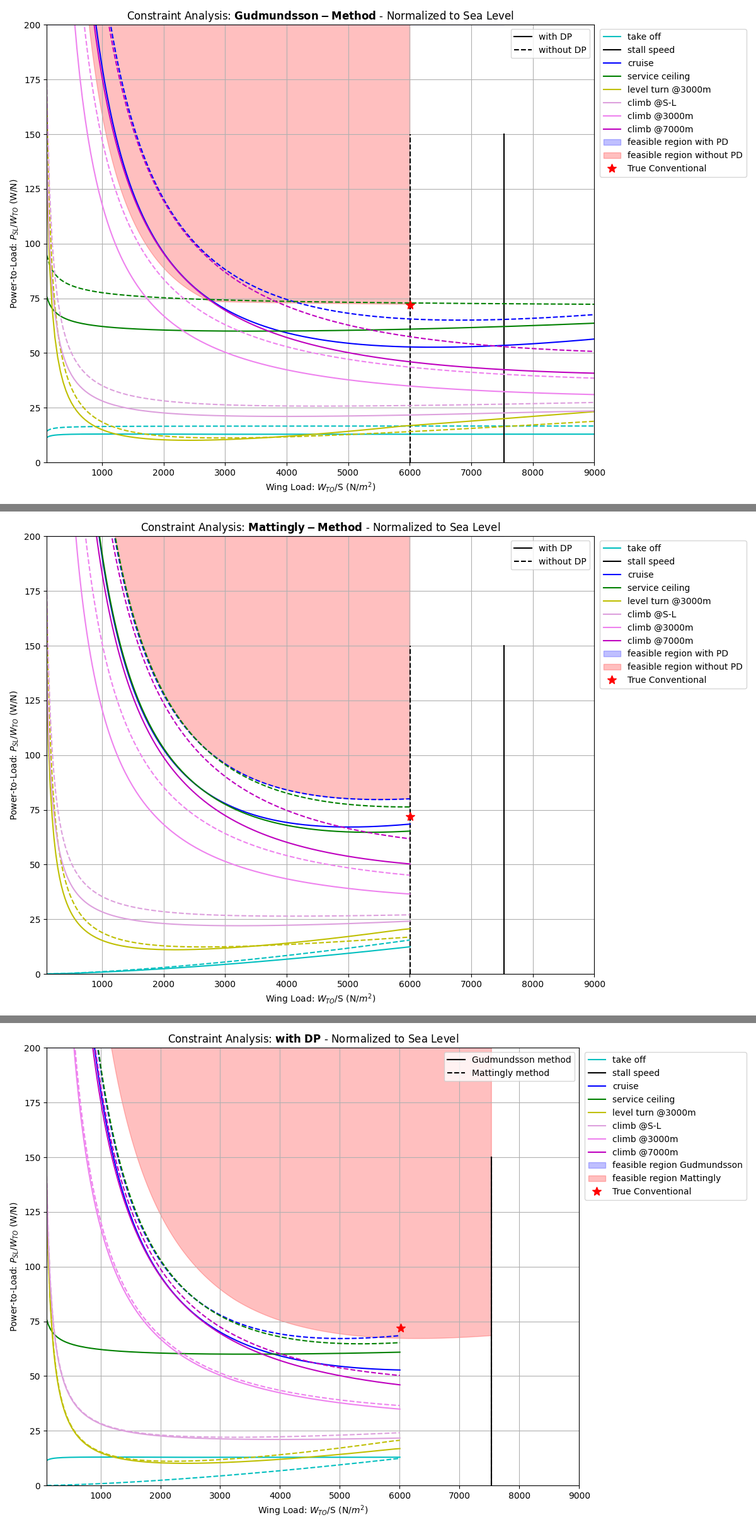
Repository: 12libao/DEA
Script's output: python Sizing_Method/ConstrainsAnalysis/ConstrainsAnalysisPD.py
These files come from the project's save history. The script's output is drawn as it stood at one moment and after the next save; the edit follows.
The pictures are shown at 63% of full size.
Each picture stacks the figures in order, with grey between them; figures that are only written to a file come last. Random numbers start from a fixed seed.

Above is the script's output before, as saved 2021-07-14 16:14:29.

### Sizing_Method/ConstrainsAnalysis/ConstrainsAnalysisPD.py
# author: Bao Li #
# Georgia Institute of Technology #
import sys
import os

sys.path.insert(0, os.getcwd())

import numpy as np
import matplotlib.pylab as plt
import Sizing_Method.Other.US_Standard_Atmosphere_1976 as atm
import Sizing_Method.Aerodynamics.ThrustLapse as thrust_lapse
import Sizing_Method.Aerodynamics.Aerodynamics as ad
import Sizing_Method.ConstrainsAnalysis.ConstrainsAnalysis as ca
from scipy.optimize import curve_fit

"""
The unit use is IS standard
"""
class ConstrainsAnalysis_Mattingly_Method_with_DP:
    """This is a power-based master constraints analysis"""

    def __init__(self, altitude, velocity, beta, wing_load, Hp=0.2, number_of_motor=12, C_DR=0):
        """

        :param beta: weight fraction
        :param Hp: P_motor/P_total
        :param n: number of motor
        :param K1: drag polar coefficient for 2nd order term
        :param K2: drag polar coefficient for 1st order term
        :param C_D0: the drag coefficient at zero lift
        :param C_DR: additional drag caused, for example, by external stores,
        braking parachutes or flaps, or temporary external hardware

        :return:
            power load: P_WTO
        """

        self.h = altitude
        self.v = velocity
        self.rho = atm.atmosphere(geometric_altitude=self.h).density()

        self.beta = beta
        self.hp = Hp
        self.n = number_of_motor

        # power lapse ratio
        self.alpha = thrust_lapse.thrust_lapse_calculation(altitude=self.h,
                                                           velocity=self.v).high_bypass_ratio_turbofan()

        self.k1 = ad.aerodynamics_without_pd(self.h, self.v).K1()
        self.k2 = ad.aerodynamics_without_pd(self.h, self.v).K2()
        self.cd0 = ad.aerodynamics_without_pd(self.h, self.v).CD_0()
        self.cdr = C_DR

        self.w_s = wing_load
        self.g0 = 9.80665

        self.coefficient = (1 - self.hp) * self.beta * self.v / self.alpha

        # Estimation of ΔCL and ΔCD
        pd = ad.aerodynamics_with_pd(self.h, self.v, Hp=self.hp, n=self.n, W_S=self.w_s)
        self.q = 0.5 * self.rho * self.v ** 2
        self.cl = self.beta * self.w_s / self.q
        # print(self.cl)
        self.delta_cl = pd.delta_lift_coefficient(self.cl)
        self.delta_cd0 = pd.delta_CD_0()

    def master_equation(self, n, dh_dt, dV_dt):
        cl = self.cl * n + self.delta_cl

        cd = self.k1 * cl ** 2 + self.k2 * cl + self.cd0 + self.cdr + self.delta_cd0
        p_w = self.coefficient * (self.q / (self.beta * self.w_s) * cd + dh_dt / self.v + dV_dt / self.g0)
        return p_w

    def cruise(self):
        p_w = ConstrainsAnalysis_Mattingly_Method_with_DP.master_equation(self, n=1, dh_dt=0, dV_dt=0)
        return p_w

    def climb(self, roc):
        p_w = ConstrainsAnalysis_Mattingly_Method_with_DP.master_equation(self, n=1, dh_dt=roc, dV_dt=0)
        return p_w

    def level_turn(self, turn_rate=3, v=100):
        """
        assume 2 min for 360 degree turn, which is 3 degree/seconds
        assume turn at 300 knots, which is about 150 m/s
        """
        load_factor = (1 + ((turn_rate * np.pi / 180) * v / self.g0) ** 2) ** 0.5
        p_w = ConstrainsAnalysis_Mattingly_Method_with_DP.master_equation(self, n=load_factor, dh_dt=0, dV_dt=0)
        return p_w

    def take_off(self):
        """
        A320neo take-off speed is about 150 knots, which is about 75 m/s
        required runway length is about 2000 m
        K_TO is a constant greater than one set to 1.2 (generally specified by appropriate flying regulations)
        """
        Cl_max_to = 2.3  # 2.3
        K_TO = 1.2  # V_TO / V_stall
        s_G = 1266
        p_w = 2 / 3 * self.coefficient / self.v * self.beta * K_TO ** 2 / (
                    s_G * self.rho * self.g0 * Cl_max_to) * self.w_s ** (
                      3 / 2)
        return p_w

    def stall_speed(self, V_stall_to=65, Cl_max_to=2.32):
        V_stall_ld = 62
        Cl_max_ld = 2.87

        a = 10
        w_s = 6000
        while a >= 1:
            cl = self.beta * w_s / self.q
            delta_cl = ad.aerodynamics_with_pd(self.h, self.v, Hp=self.hp, n=self.n, W_S=w_s).delta_lift_coefficient(cl)

            W_S_1 = 1 / 2 * self.rho * V_stall_to ** 2 * (Cl_max_to + delta_cl)
            W_S_2 = 1 / 2 * self.rho * V_stall_ld ** 2 * (Cl_max_ld + delta_cl)
            W_S = min(W_S_1, W_S_2)
            a = abs(w_s-W_S)
            w_s = W_S

        return W_S

    def service_ceiling(self, roc=0.5):
        p_w = ConstrainsAnalysis_Mattingly_Method_with_DP.master_equation(self, n=1, dh_dt=roc, dV_dt=0)
        return p_w

    allFuncs = [take_off, stall_speed, cruise, service_ceiling, level_turn, climb]


class ConstrainsAnalysis_Gudmundsson_Method_with_DP:
    """This is a power-based master constraints analysis based on Gudmundsson_method"""

    def __init__(self, altitude, velocity, beta, wing_load, Hp=0.2, number_of_motor=12, e=0.75, AR=10.3):
        """

        :param tau: power fraction of i_th power path
        :param beta: weight fraction
        :param e: wing planform efficiency factor is between 0.75 and 0.85, no more than 1
        :param AR: wing aspect ratio, normally between 7 and 10

        :return:
            power load: P_WTO
        """

        self.h = altitude
        self.v = velocity
        self.beta = beta
        self.w_s = wing_load
        self.g0 = 9.80665

        self.hp = Hp
        self.n = number_of_motor

        self.rho = atm.atmosphere(geometric_altitude=self.h).density()

        # power lapse ratio
        self.alpha = thrust_lapse.thrust_lapse_calculation(altitude=self.h,
                                                           velocity=self.v).high_bypass_ratio_turbofan()
        h = 2.43  # height of winglets
        b = 35.8
        ar_corr = AR * (1 + 1.9 * h / b)  # equation 9-88, If the wing has winglets the aspect ratio should be corrected
        self.k = 1 / (np.pi * ar_corr * e)
        self.coefficient = (1-self.hp) * self.beta * self.v / self.alpha

        # Estimation of ΔCL and ΔCD
        pd = ad.aerodynamics_with_pd(self.h, self.v, Hp=self.hp, n=self.n, W_S=self.w_s)
        self.q = 0.5 * self.rho * self.v ** 2
        cl = self.beta * self.w_s / self.q
        self.delta_cl = pd.delta_lift_coefficient(cl)
        self.delta_cd0 = pd.delta_CD_0()

        # TABLE 3-1 Typical Aerodynamic Characteristics of Selected Classes of Aircraft
        cd_min = 0.02
        cd_to = 0.03
        cl_to = 0.8

        self.v_to = 68
        self.s_g = 1480
        self.mu = 0.04

        self.cd_min = cd_min + self.delta_cd0
        self.cl = cl + self.delta_cl

        self.cd_to = cd_to + self.delta_cd0
        self.cl_to = cl_to + self.delta_cl

    def cruise(self):
        p_w = self.q / self.w_s * (self.cd_min + self.k * self.cl ** 2)
        return p_w * self.coefficient

    def climb(self, roc):
        p_w = roc / self.v + self.q * self.cd_min / self.w_s + self.k * self.cl
        return p_w * self.coefficient

    def level_turn(self, turn_rate=3, v=100):
        """
        assume 2 min for 360 degree turn, which is 3 degree/seconds
        assume turn at 100 m/s
        """
        load_factor = (1 + ((turn_rate * np.pi / 180) * v / self.g0) ** 2) ** 0.5
        q = 0.5 * self.rho * v ** 2
        p_w = q / self.w_s * (self.cd_min + self.k * (load_factor / q * self.w_s + self.delta_cl) ** 2)
        return p_w * self.coefficient

    def take_off(self):
        q = self.q / 2
        p_w = self.v_to ** 2 / (2 * self.g0 * self.s_g) + q * self.cd_to / self.w_s + self.mu * (
                1 - q * self.cl_to / self.w_s)
        return p_w * self.coefficient

    def service_ceiling(self, roc=0.5):
        vy = (2 / self.rho * self.w_s * (self.k / (3 * self.cd_min)) ** 0.5) ** 0.5
        q = 0.5 * self.rho * vy ** 2
        p_w = roc / vy + q / self.w_s * (self.cd_min + self.k * (self.w_s / q + self.delta_cl) ** 2)
        # p_w = roc / (2 / self.rho * self.w_s * (self.k / (3 * self.cd_min)) ** 0.5) ** 0.5 + 4 * (
        #         self.k * self.cd_min / 3) ** 0.5
        return p_w * self.coefficient

    def stall_speed(self, V_stall_to=65, Cl_max_to=2.32):
        V_stall_ld = 62
        Cl_max_ld = 2.87

        a = 10
        w_s = 6000
        while a >= 1:
            cl = self.beta * w_s / self.q
            delta_cl = ad.aerodynamics_with_pd(
                self.h, self.v, Hp=self.hp, n=self.n, W_S=w_s).delta_lift_coefficient(cl)

            W_S_1 = 1 / 2 * self.rho * V_stall_to ** 2 * (Cl_max_to + delta_cl)
            W_S_2 = 1 / 2 * self.rho * V_stall_ld ** 2 * (Cl_max_ld + delta_cl)
            W_S = min(W_S_1, W_S_2)
            a = abs(w_s-W_S)
            w_s = W_S

        return W_S

    allFuncs = [take_off, stall_speed, cruise, service_ceiling, level_turn, climb]


if __name__ == "__main__":
    n = 200
    w_s = np.linspace(100, 9000, n)
    constrains_name = ['take off', 'stall speed', 'cruise', 'service ceiling', 'level turn @3000m',
                       'climb @S-L', 'climb @3000m', 'climb @7000m']
    constrains = np.array([[0, 68, 0.988], [0, 80, 1], [11300, 230, 0.948],
                           [11900, 230, 0.8], [3000, 100, 0.984], [0, 100, 0.984],
                           [3000, 200, 0.975], [7000, 230, 0.96]])
    color = ['c', 'k', 'b', 'g', 'y', 'plum', 'violet', 'm']
    label = ['feasible region with PD', 'feasible region with PD', 'feasible region Gudmundsson',
             'feasible region without PD', 'feasible region without PD', 'feasible region Mattingly']
    m = constrains.shape[0]
    p_w = np.zeros([2 * m, n])

    for k in range(3):
        plt.figure(figsize=(12, 8))
        for i in range(m):
            for j in range(n):
                h = constrains[i, 0]
                v = constrains[i, 1]
                beta = constrains[i, 2]

                if k == 0:
                    problem1 = ConstrainsAnalysis_Gudmundsson_Method_with_DP(h, v, beta, w_s[j])
                    problem2 = ca.ConstrainsAnalysis_Gudmundsson_Method(h, v, beta, w_s[j])
                    plt.title(r'Constraint Analysis: $\bf{Gudmundsson-Method}$ - Normalized to Sea Level')
                elif k == 1:
                    problem1 = ConstrainsAnalysis_Mattingly_Method_with_DP(h, v, beta, w_s[j])
                    problem2 = ca.ConstrainsAnalysis_Mattingly_Method(h, v, beta, w_s[j])
                    plt.title(r'Constraint Analysis: $\bf{Mattingly-Method}$ - Normalized to Sea Level')
                else:
                    problem1 = ConstrainsAnalysis_Gudmundsson_Method_with_DP(h, v, beta, w_s[j])
                    problem2 = ConstrainsAnalysis_Mattingly_Method_with_DP(h, v, beta, w_s[j])
                    plt.title(r'Constraint Analysis: $\bf{with}$ $\bf{DP}$ - Normalized to Sea Level')

                if i >= 5:
                    p_w[i, j] = problem1.allFuncs[-1](problem1, roc=15 - 5 * (i - 5))
                    p_w[i + m, j] = problem2.allFuncs[-1](problem2, roc=15 - 5 * (i - 5))
                else:
                    p_w[i, j] = problem1.allFuncs[i](problem1)
                    p_w[i + m, j] = problem2.allFuncs[i](problem2)

            if i == 1:
                l1a, = plt.plot(p_w[i, :], np.linspace(0, 150, n), color=color[i], label=constrains_name[i])
                l1b, = plt.plot(p_w[i + m, :], np.linspace(0, 150, n), color=color[i], linestyle='--')
                if k != 2:
                    l1 = plt.legend([l1a, l1b], ['with DP', 'without DP'], loc="upper right")
                else:
                    l1 = plt.legend([l1a, l1b], ['Gudmundsson method', 'Mattingly method'], loc="upper right")
            else:
                plt.plot(w_s, p_w[i, :], color=color[i], label=constrains_name[i])
                plt.plot(w_s, p_w[i + m, :], color=color[i], linestyle='--')

        p_w[[0, 1]], p_w[[m, m+1]] = p_w[[1, 0]], p_w[[m+1, m]]
        w_s = np.linspace(100, p_w[0, 1], n)
        plt.fill_between(w_s, np.amax(p_w[0:m, :], axis=0), 200, color='b', alpha=0.25,
                         label=label[k])
        w_s = np.linspace(100, p_w[m, 1], n)
        plt.fill_between(w_s, np.amax(p_w[m+1:2 * m, :], axis=0), 200, color='r', alpha=0.25,
                         label=label[k + 3])
        plt.plot(6012, 72, 'r*', markersize=10, label='True Conventional')
        plt.xlabel('Wing Load: $W_{TO}$/S (N/${m^2}$)')
        plt.ylabel('Power-to-Load: $P_{SL}$/$W_{TO}$ (W/N)')
        plt.legend(bbox_to_anchor=(1.002, 1), loc="upper left")
        plt.gca().add_artist(l1)
        plt.xlim(100, 9000)
        plt.ylim(0, 200)
        plt.tight_layout()
        plt.grid()
        plt.show()

### Sizing_Method/Other/US_Standard_Atmosphere_1976.py
# author: Bao Li #
# Georgia Institute of Technology #
"""Reference:

1: U.S. Standard Atmosphere, 1976, U.S. Government Printing Office, Washington, D.C., 1976.
2: Mattingly, Jack D., William H. Heiser, and David T. Pratt. Aircraft engine design. American Institute of Aeronautics and Astronautics, 2002.
3: https://en.wikipedia.org/wiki/U.S._Standard_Atmosphere
4: https://en.wikipedia.org/wiki/Barometric_formula
"""

import numpy as np
import matplotlib.pylab as plt


class atmosphere:
    """this is the U.S. Standard Atmosphere 1976 based on the Barometric formula

    1: All of the following is limited to geometric altitudes below 86 km
    2: SI Units
    """

    def __init__(self, geometric_altitude):
        """
        :input h (m): geometric altitude

        :output P (Pa = N/m^2): pressure
                T (K): temperature
                rho (kg/m^3): density
                a (m/s): sound speed

                delta: dimensionless static pressure = P/P0
                theta: dimensionless static temperature = T/T0
                sigma: dimensionless static density = rho/rho0
        """

        # input:
        self.h = geometric_altitude

        # constant:
        self.r0 = 6356577.0  # the earth's radius (m)
        self.R_star = 8.3144598  # universal gas constant (J/mol.K)
        self.g0 = 9.80665  # gravitational acceleration (m/s^2)
        self.M = 0.0289644  # molar mass of Earth's air (kg/mol)

        # sea level (standard)
        self.T0 = 288.15  # sea level temperature (K)
        self.P0 = 101325  # sea level pressure (N/m^2)
        self.rho0 = 1.225  # sea level density (kg/m^3)
        self.a0 = 340.3  # sea level sound speed (m/s)

        # temperature lapse rate (K/m)
        self.lapse_rate = np.array([-0.0065, 0.0, 0.001, 0.0028, 0.0, -0.0028, -0.002])
        # height above sea level for each lapse rate (m)
        self.zi = np.array([0.0, 11000.0, 20000.0, 32000.0, 47000.0, 51000.0, 71000.0, 84853.0])
        # number of piecewise linear curve-fit
        self.n = len(self.lapse_rate)

    def geo_potential_altitude(self):
        z = self.r0 * self.h / (self.r0 + self.h)

        # decide the number of piecewise linear curve-fit
        i = 0
        while self.zi[i] < z:
            i = i + 1

        if i != 0:
            i = i - 1
        return z, i

    def ti(self):
        Ti = np.zeros(self.n)
        Ti[0] = self.T0

        for i in range(self.n - 1):
            Ti[i + 1] = Ti[i] + self.lapse_rate[i] * (self.zi[i + 1] - self.zi[i])
        return Ti

    def temperature(self):
        z, i = atmosphere.geo_potential_altitude(self)
        Ti = atmosphere.ti(self)
        T = Ti[i] + self.lapse_rate[i] * (z - self.zi[i])
        return T

    def pressure(self):
        Ti = atmosphere.ti(self)
        Pi = np.zeros(self.n)
        Pi[0] = self.P0

        for i in range(self.n - 1):
            if self.lapse_rate[i] != 0:
                Pi[i + 1] = Pi[i] * (Ti[i] / Ti[i + 1]) ** (self.g0 * self.M / (self.R_star * self.lapse_rate[i]))
            else:
                Pi[i + 1] = Pi[i] * np.exp(-self.g0 * self.M * (self.zi[i + 1] - self.zi[i]) / (self.R_star * Ti[i]))

        z, i = atmosphere.geo_potential_altitude(self)
        T = atmosphere.temperature(self)

        if self.lapse_rate[i] != 0:
            P = Pi[i] * (Ti[i] / T) ** (self.g0 * self.M / (self.R_star * self.lapse_rate[i]))
        else:
            P = Pi[i] * np.exp(-self.g0 * self.M * (z - self.zi[i]) / (self.R_star * Ti[i]))
        return P

    def density(self):
        P = atmosphere.pressure(self)
        T = atmosphere.temperature(self)
        rho = P * self.M / (self.R_star * T)
        return rho

    def sound_speed(self):
        T = atmosphere.temperature(self)
        a = self.a0 * (T / self.T0) ** 0.5
        return a

    def dimensionless_static_pressure(self):
        P = atmosphere.pressure(self)
        delta = P / self.P0
        return delta

    def dimensionless_static_temperature(self):
        T = atmosphere.temperature(self)
        theta = T / self.T0
        return theta

    def dimensionless_static_density(self):
        rho = atmosphere.density(self)
        sigma = rho / self.rho0
        return sigma


if __name__ == '__main__':
    nn = 1000

    h = np.linspace(0, 86000, nn)
    T = np.zeros(nn)
    P = np.zeros(nn)
    rho = np.zeros(nn)
    a = np.zeros(nn)

    for i in range(nn):
        prob = atmosphere(geometric_altitude=h[i])
        T[i] = prob.temperature()
        P[i] = prob.pressure()
        rho[i] = prob.density()
        a[i] = prob.sound_speed()

    fig, ax = plt.subplots(1, 4, figsize=(12, 10))
    st = fig.suptitle("U.S. STANDARD ATMOSPHERE (1976)", fontsize=20)

    ax[0].plot(T, h / 1000, 'b-', linewidth=1.5, label='cruise')
    ax[0].set_xlabel('Temperature: T (K)')
    ax[0].set_ylabel('Altitude: h (km)')

    ax[1].plot(a, h / 1000, 'y-', linewidth=1.5, label='turn')
    ax[1].set_xlabel('Sound Speed: a (m/s)')

    ax[2].plot(P, h / 1000, 'k-', linewidth=1.5, label='constant speed climb')
    ax[2].set_xlabel('Pressure: P (N/${m^2}$)')

    ax[3].plot(rho, h / 1000, 'g-', linewidth=1.5, label='turn')
    ax[3].set_xlabel('Density: rho (Kg/${m^3}$)')

    # shift subplots down:
    st.set_y(0.96)
    fig.subplots_adjust(top=0.90)
    plt.show()

### Sizing_Method/Aerodynamics/ThrustLapse.py
# author: Bao Li #
# Georgia Institute of Technology #
"""reference

1. Mattingly, Jack D., William H. Heiser, and David T. Pratt. Aircraft engine design. American Institute of Aeronautics and Astronautics, 2002.
"""
import sys
import os

sys.path.insert(0, os.getcwd())

import numpy as np
import matplotlib.pylab as plt
import Sizing_Method.Other.US_Standard_Atmosphere_1976 as atm
import Sizing_Method.Aerodynamics.MachNmuber as Mach


class thrust_lapse_calculation:
    """Estimation for installation losses

    1. The following algebraic equations for installed engine thrust lapse
        are based on the expected performance of advanced engines
    """

    def __init__(self, altitude, velocity):
        """

        :input h (m): altitude
               v (m/s): velocity


        :output thrust_lapse (alpha): thrust lapse ratio
        """

        self.h = altitude
        self.v = velocity

        self.gamma = 1.4  # Ratio of Specific Heats: atmospheric air ( gamma = 1.4)
        self.atoms = atm.atmosphere(self.h)
        self.M = Mach.mach(self.h, self.v).mach_number()

        self.theta = self.atoms.dimensionless_static_temperature()  # dimensionless static temperature
        self.delta = self.atoms.dimensionless_static_pressure()  # dimensionless static pressure

        self.theta_0_break = 1.072  # The Theta Break: assume = 1.0 (from reference 1: Mattingly)
        self.TR = self.theta_0_break  # The Throttle Ratio (from Equation D.6 reference 1: Mattingly)

        self.theta_0 = self.theta * (1 + 0.5 * (self.gamma - 1) * self.M ** 2)
        self.delta_0 = self.delta * (1 + 0.5 * (self.gamma - 1) * self.M ** 2) ** (self.gamma / (self.gamma - 1))

    def high_bypass_ratio_turbofan(self):
        """the engine for A320neo is a high bypass ratio turbofan

        from Equation 2.53 reference 1: Mattingly
        """

        if self.theta_0 <= self.TR:
            thrust_lapse = self.delta_0 * (1 - 0.49 * self.M ** 0.5)
        else:
            thrust_lapse = self.delta_0 * (1 - 0.49 * self.M ** 0.5 - 3 * (self.theta_0 - self.TR) / (1.5 + self.M))

        return thrust_lapse


if __name__ == '__main__':
    nn = 100
    h = [0, 500, 3000, 6000, 9000, 12000]
    v = np.linspace(0, 340, nn)
    m = np.zeros([len(h), nn])
    thrust_lapse = np.zeros([len(h), nn])

    for i in range(len(h)):
        for j in range(nn):
            m[i, j] = Mach.mach(h[i], v[j]).mach_number()
            thrust_lapse[i, j] = thrust_lapse_calculation(h[i], v[j]).high_bypass_ratio_turbofan()

    plt.figure(figsize=(8, 6))

    for i in range(len(h)):
        plt.plot(m[i, :], thrust_lapse[i, :], label=h[i])

    plt.xlabel('Mach Number')
    plt.ylabel('Thrust Ratio, T/$T_{SL}$')
    plt.title('High Bypass Turbofan Thrust Ratio versus Mach Number \n'
              'Throttle Ratio = 1.072, ISA. \n'
              'Altitude unit: meter')
    plt.xlim(0, 1)
    plt.ylim(0, 1.2)
    plt.legend(loc=0)
    plt.grid()
    plt.show()

### Sizing_Method/Aerodynamics/MachNmuber.py
# author: Bao Li #
# Georgia Institute of Technology #
import sys
import os

sys.path.insert(0, os.getcwd())

import numpy as np
import matplotlib.pylab as plt
import Sizing_Method.Other.US_Standard_Atmosphere_1976 as atm


class mach:
    """Mach Number"""

    def __init__(self, altitude, velocity):
        """

        :input h (m): altitude
               v (m/s): velocity

        :output a: Mach number
        """
        self.h = altitude
        self.v = velocity
        self.atoms = atm.atmosphere(self.h)

    def mach_number(self):
        a = self.v / self.atoms.sound_speed()
        return a

Loaded but not shown: Sizing_Method/ConstrainsAnalysis/ConstrainsAnalysis.py (274 lines, source omitted); Sizing_Method/Aerodynamics/Aerodynamics.py (177 lines, source omitted)

After the next save:
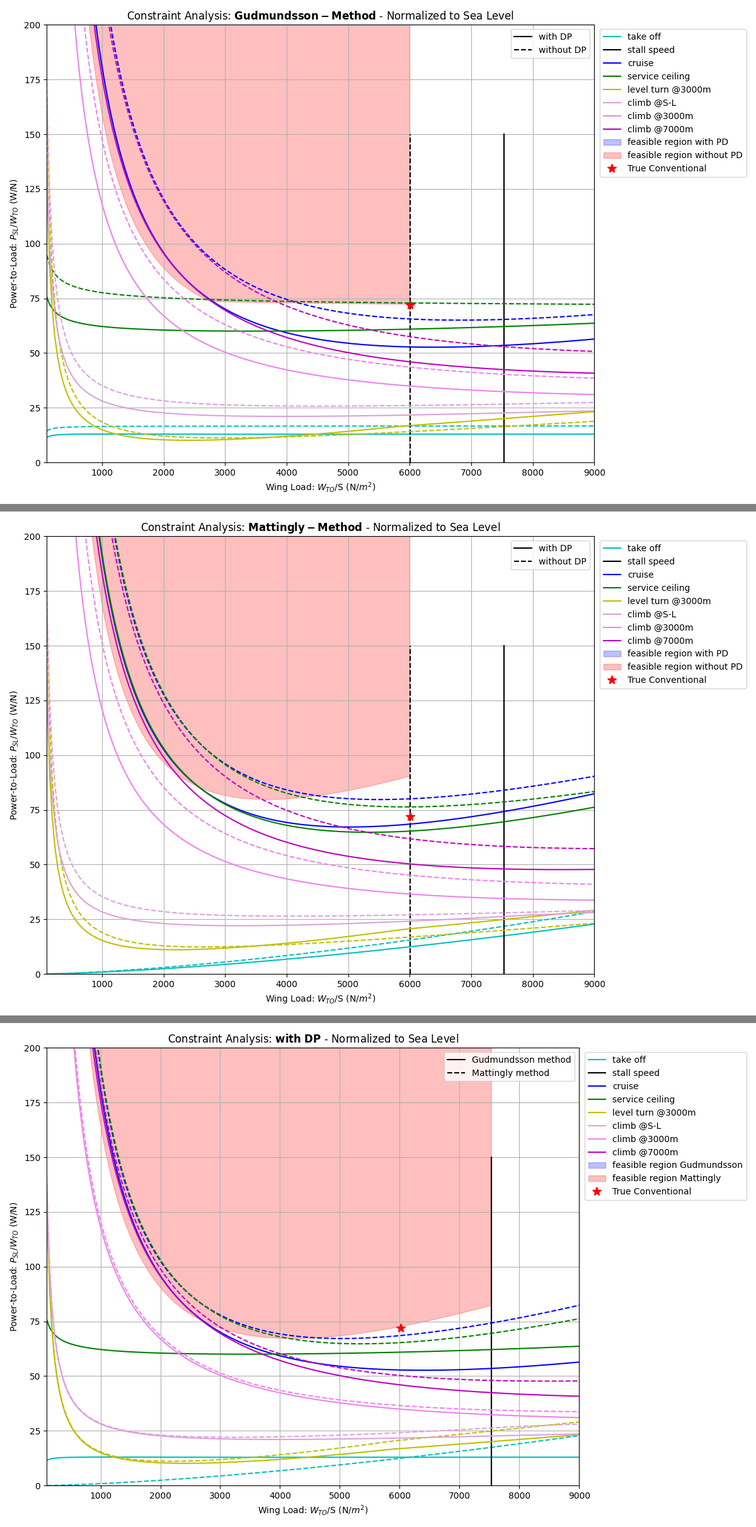
Saved 117 s later.
--- a/Sizing_Method/ConstrainsAnalysis/ConstrainsAnalysisPD.py
+++ b/Sizing_Method/ConstrainsAnalysis/ConstrainsAnalysisPD.py
@@ -254,6 +254,7 @@ if __name__ == "__main__":
     p_w = np.zeros([2 * m, n])
 
     for k in range(3):
+        w_s = np.linspace(100, 9000, n)
         plt.figure(figsize=(12, 8))
         for i in range(m):
             for j in range(n):
